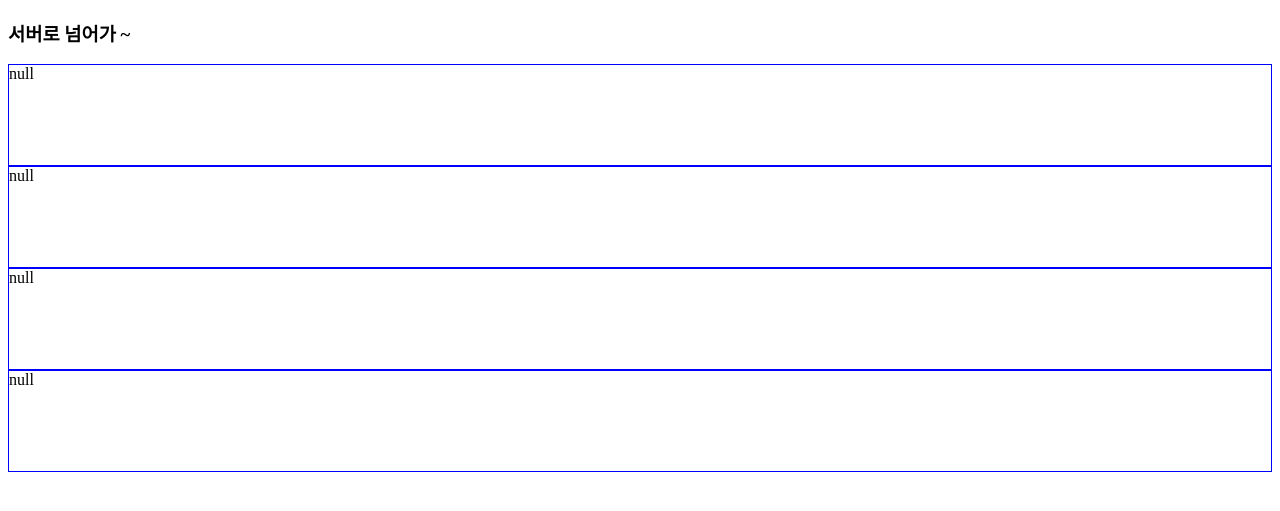
Repository: hyejux/jsp
Page: http://localhost/JSPBasic/request/request02.jsp
The author's editor kept a copy of each file at every save. The page is drawn from the files as they stood at one save, then again after the next save.
The browser window is 1280 px wide. The pictures show the whole page.
The page is served by Tomcat 10. Other server files are loaded and not shown.

Above is the page before, as saved 2024-06-25 06:09:55.

### JSPBasic/src/main/webapp/request/request02.jsp
<%@ page language="java" contentType="text/html; charset=UTF-8"
    pageEncoding="UTF-8"%>
<%

String nick = request.getParameter("nick");
String hobby = request.getParameter("hobby");
String region = request.getParameter("region");
String submit = request.getParameter("submit");

%>
<!DOCTYPE html>
<html>
<head>
<meta charset="UTF-8">
<title>Insert title here</title>
<style>

div {
height: 100px;
witdh : 100px;
border: 1px solid blue;
}

</style>

</head>
<body>
	<h3> 서버로 넘어가 ~</h3>

	<div> <%= nick %> </div>
	 <div> <%= hobby %> </div>
	 <div><%= region %> </div>
	 <div> <%= submit %></div>


</body>
</html>

After the next save:
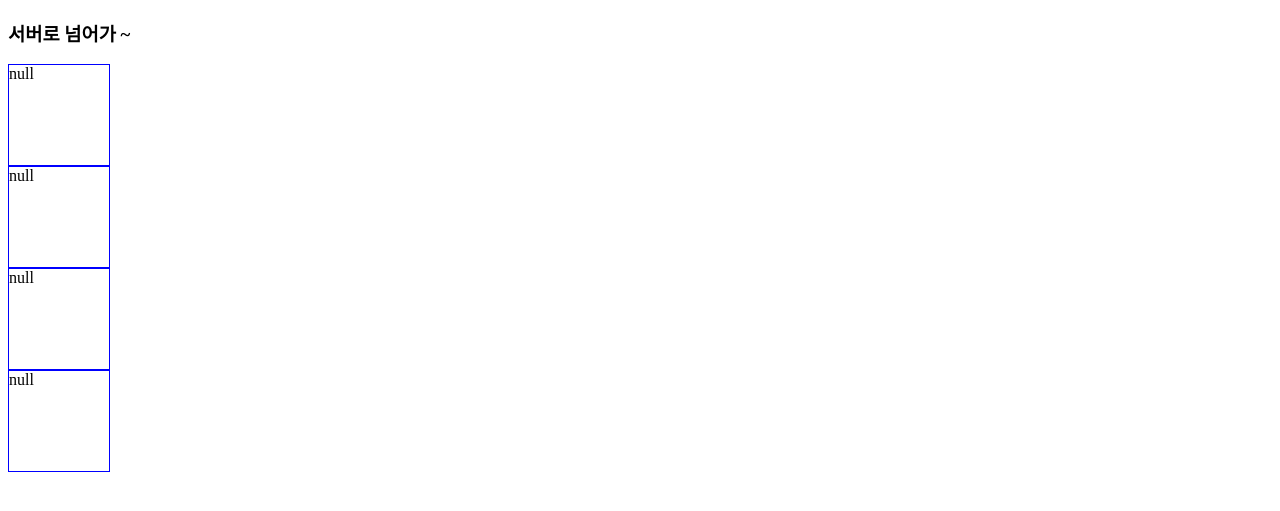
Saved 7 s later.
--- a/JSPBasic/src/main/webapp/request/request02.jsp
+++ b/JSPBasic/src/main/webapp/request/request02.jsp
@@ -17,7 +17,7 @@ String submit = request.getParameter("submit");
 
 div {
 height: 100px;
-witdh : 100px;
+width : 100px;
 border: 1px solid blue;
 }
 
